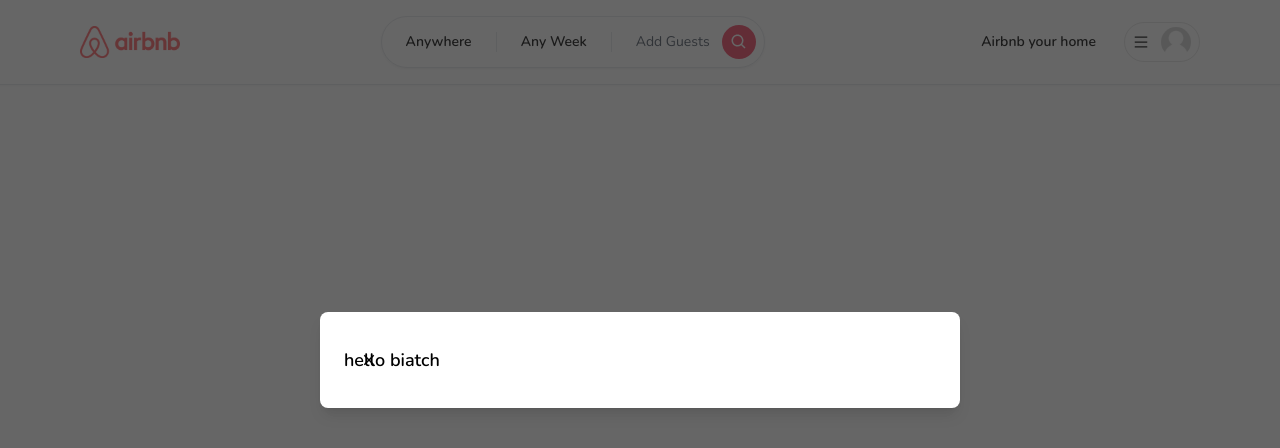
Repository: kriptovekediler/airbnb-clone
Page: /
An editor plug-in stored every save of this project. The page is shown before and after the next save, followed by the edit.
The browser window is 1280 px wide. The pictures show the whole page.
The project was rebuilt for these pictures with package versions that can differ from the ones it lists, and the page was loaded fresh each time. The framework's server and built-in components were replaced by stand-ins that run in the browser. Also part of the build but not shown: next.config.js, app/components/Navbar/MenuItem.tsx.

Above is the page before, as saved 2023-07-04 10:39:44.

### app/layout.tsx
import {Nunito} from 'next/font/google'
import './globals.css'
import Navbar from './components/Navbar/Navbar'
import ClientOnly from './components/ClientOnly'
import Modal from './components/modals/Modal'

export const metadata = {
  title: 'Airbnb',
  description: 'AirBnb Clone',
}

const font = Nunito({
  subsets: ['latin']
})

export default function RootLayout({
  children,
}: {
  children: React.ReactNode
}) {
  return (
    <html lang="en">
      <body className={font.className}>
        <ClientOnly>
          <Modal title='hello biatch' isOpen/>
        <Navbar/>z
        </ClientOnly>
        {children}
        </body>
    </html>
  )
}

### app/page.tsx
export default function Home() {
  return (
    <div className="text-rose-500 text-2xl">Hello AirBnB</div>
  )
}

### app/components/Navbar/Navbar.tsx
import React from 'react'
import Container from '../Container'
import Logo from './Logo'
import Search from './Search'
import UserMenu from './UserMenu'

const Navbar = () => {
  return (
    <div className='fixed w-full bg-white z-10 shadow-sm'>
        <div className='py-4 border-b-[1px]'>
            <Container>
                <div
                className='
                flex
                flex-row
                items-center
                justify-between
                gap-3
                md:gap-0
                '
                >
                    <Logo/>
                    <Search/>
                    <UserMenu/>
                </div>
            </Container>
        </div>
    </div>
  )
}

export default Navbar

### app/components/ClientOnly.tsx
'use client'

import React, { useEffect, useState } from 'react'

interface ClientOnlyProps {
    children: React.ReactNode
}
const ClientOnly: React.FC<ClientOnlyProps> = ({children}) => {

    const [hasMounted, setHasMounted] = useState(false)

    useEffect(() => {
        setHasMounted(true)
    }, [])

    if(!hasMounted) {
        return null
    }

  return (
    <>{children}</>
  )
}

export default ClientOnly

### app/components/modals/Modal.tsx
'use client'

import React, { useCallback, useEffect, useState } from 'react'
import {IoMdClose} from 'react-icons/io'

interface ModalInterfaceProps {
isOpen?: boolean;
disabled?:boolean;
onSubmit: () => void
onClose: () => void
actionLabel:string
secondaryAction?:() => void
title?:string
body?: React.ReactElement
footer?: React.ReactElement
secondaryLabel:string
}

const Modal: React.FC<ModalInterfaceProps> = ({title,isOpen,disabled,onSubmit,onClose,actionLabel,body, footer,secondaryLabel,secondaryAction}) => {

  const [showModal, setShowModal] = useState(isOpen);

  useEffect(() => {
    setShowModal(isOpen)
  }, [isOpen])

  const handleClose = useCallback(() => {
    if(disabled) {
    return
  }
    setShowModal(false)
    setTimeout(() =>{
      onClose()
    },300)
  }, [onClose, disabled])

  const handleSubmit = useCallback(() => {
    if(disabled){
    return}

    onSubmit()
  }, [onSubmit, disabled])

  const handleSecondaryAction = useCallback(() => {
    if(disabled || !secondaryAction) {
      return
    }
    secondaryAction()

  }, [disabled, secondaryAction])

  if(!isOpen) {
    return null
  }
  return (
    <div
    className='
    justify-center
    items-center
    flex
    overflow-x-hidden
    overflow-y-auto
    fixed
    inset-0
    z-50
    outline-none
    focus:outline-none
    bg-neutral-800/70
    '
    >
      <div
      className='
      relative
      w-full
      md:w-4/6
      lg:w-3/6
      xl:w-/5
      my-6
      mx-auto
      h-full
      lg:h-auto
      md:h-auto
      '
      >
        {/* CONTENT */}
        <div
        className={`
        translate
        duration-300
        h-full
        ${showModal? 'translate-y-0' : 'translate-y-full'}
        ${showModal? 'opacity-100' : 'opacity-0'}
        `}
        >
          <div
          className='
          translate
          h-full
          lg:h-auto
          md:h-auto
          border-0
          rounded-lg
          shadow-lg
          relative
          flex
          flex-col
          w-full
          bg-white
          outline-none
          focus:outline-none
          '
          >
            {/* Header */}
            <div
            className='flex
            items-center
            p-6
            rounded-t
            justify-center
            relative
            '
            >
              <button
              onClick={handleClose}
              className='p-1
              border-0
              hover:opacity-70
              transition
              absolute
              left-9
              '
              >
                <IoMdClose size={18}/>
              </button>
              <div
              className='text-lg font-semibold'
              >
                {title}
              </div>
              <div className='relative p-6 flex-auto'>
                {body}
              </div>
            </div>
          </div>
        </div>
      </div>
    </div>
  )
}

export default Modal

### app/components/Container.tsx
'use client'

interface ContainerProps {
    children: React.ReactNode;
}

const Container: React.FC<ContainerProps> = ({children}) => {
  return (
    <div
    className="max-w-[2520px] mx-auto xl:px-20 md:px-10 sm: px-2 px-4"
    >{children}</div>
  )
}

export default Container

### app/components/Navbar/Logo.tsx
'use client'

import Image from "next/image"
import {useRouter} from 'next/navigation'

const Logo = () => {
    const router = useRouter()

  return (
    <Image
    alt="Logo"
    className="hidden md:block cursor-pointer"
    height='100'
    width='100'
    src='/images/logo.png'
    />
  )
}

export default Logo

### app/components/Navbar/Search.tsx
'use client'

import {BiSearch} from 'react-icons/bi'

const Search = () => {
  return (
    <div
    className="
    border-[1px]
    w-full
    md:w-auto
    py-2
    rounded-full
    shadow-sm
    hover:shadow-md
    transition
    cursor-pointer
    "
    >
        <div
        className="
        flex
        flex-row
        items-center
        justify-between
        "
        >
            <div
            className="
            text-sm
            font-semibold
            px-6
            "
            >
                Anywhere
            </div>
            <div
            className="
            hidden
            sm:block
            text-sm
            font-semibold
            px-6
            border-x-[1px]
            flex-1
            text-center
            "
            >
              Any Week
            </div>
            <div
            className="
            text-sm
            pl-6
            pr-2
            text-gray-600
            flex
            flex-row
            items-center
            gap-3
            "
            >
              <div className='hidden sm:block'> Add Guests</div>
            <div
            className="
            p-2
            bg-rose-500
            rounded-full
            text-white
            "
            >
              <BiSearch size={18}/>
            </div>
            </div>
        </div>
    </div>
  )
}

export default Search

### app/components/Navbar/UserMenu.tsx
'use client'

import {AiOutlineMenu} from 'react-icons/ai'
import Avatar from '../Avatar'
import { useCallback, useState } from 'react'
import MenuItem from './MenuItem'

const UserMenu = () => {
  const [isOpen, setIsOpen] = useState(false);

  const toggleOpen = useCallback(() => {
    setIsOpen((value) => !value)
  },[])

  return (
    <div className="relative">
      <div className="flex flex-row items-center gap-3">
        <div
        onClick={() => {}}
        className="
        hidden
        md:block
        text-sm
        font-semibold
        py-3
        px-4
        rounded-full
        hover:bg-neutral-100
        transition
        cursor-pointer
        "
        >
          Airbnb your home
        </div>
        <div
        onClick={toggleOpen}
        className="
        p-4
        md:py-1
        md:px-2
        border-[1px]
        border-neutral-200
        flex
        flex-row
        items-center
        gap-3
        rounded-full
        cursor-pointer
        hover:shadow-md
        transition
        border
        "
        >
        <AiOutlineMenu/>
        <div className='hidden md:block'>
          <Avatar/>
        </div>
        </div>
      </div>
      {isOpen && (
        <div
        className='
        absolute
        rounded-xl
        shadow-md
        w-[40vw]
        md:w-3/4
        bg-white
        overflow-hidden
        right-0
        top-12
        text-sm
        '
        >
          <div
          className='
          flex
          flex-col
          cursor-pointer
          '
          >
            <>
            <MenuItem
            onClick={() => {}}
            label='Login'
            />
            <MenuItem
            onClick={() => {}}
            label='Sign Up'
            />
            </>
          </div>
        </div>
      )}
    </div>
  )
}

export default UserMenu

### app/components/Avatar.tsx
import Image from 'next/image'
import React from 'react'

const Avatar = () => {
  return (
    <Image
    className='rounded-full'
    height='30'
    width='30'
    alt='Avatar'
    src='/images/placeholder.jpg'
    />
)
}

export default Avatar

Loaded but not shown: app/globals.css (common file); tailwind.config.js (common file)

After the next save:
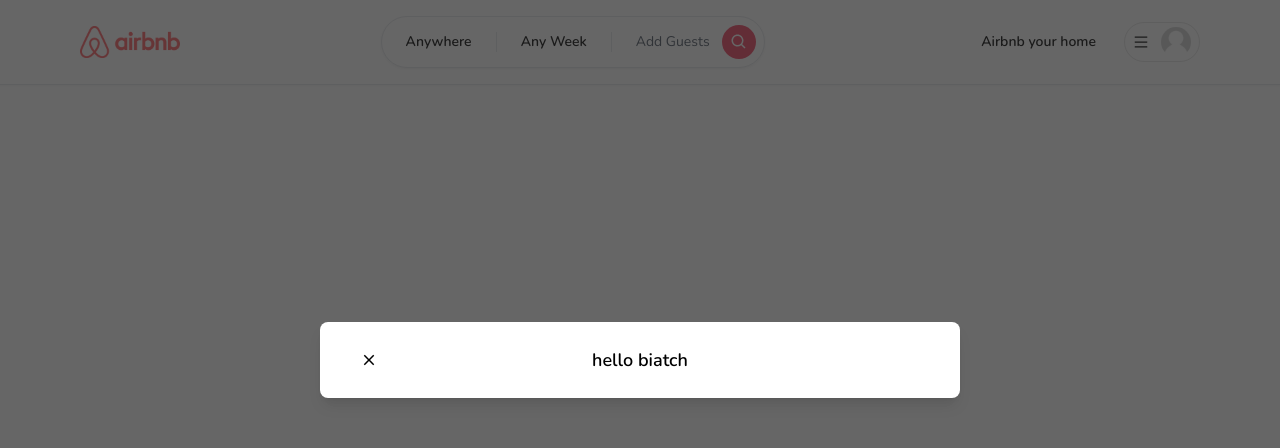
Saved 83 min 21 s later.
--- a/app/components/modals/Modal.tsx
+++ b/app/components/modals/Modal.tsx
@@ -53,6 +53,7 @@
     return null
   }
   return (
+    <>
     <div
     className='
     justify-center
@@ -137,14 +138,12 @@
               >
                 {title}
               </div>
-              <div className='relative p-6 flex-auto'>
-                {body}
-              </div>
             </div>
           </div>
         </div>
       </div>
     </div>
+    </>
   )
 }
 
